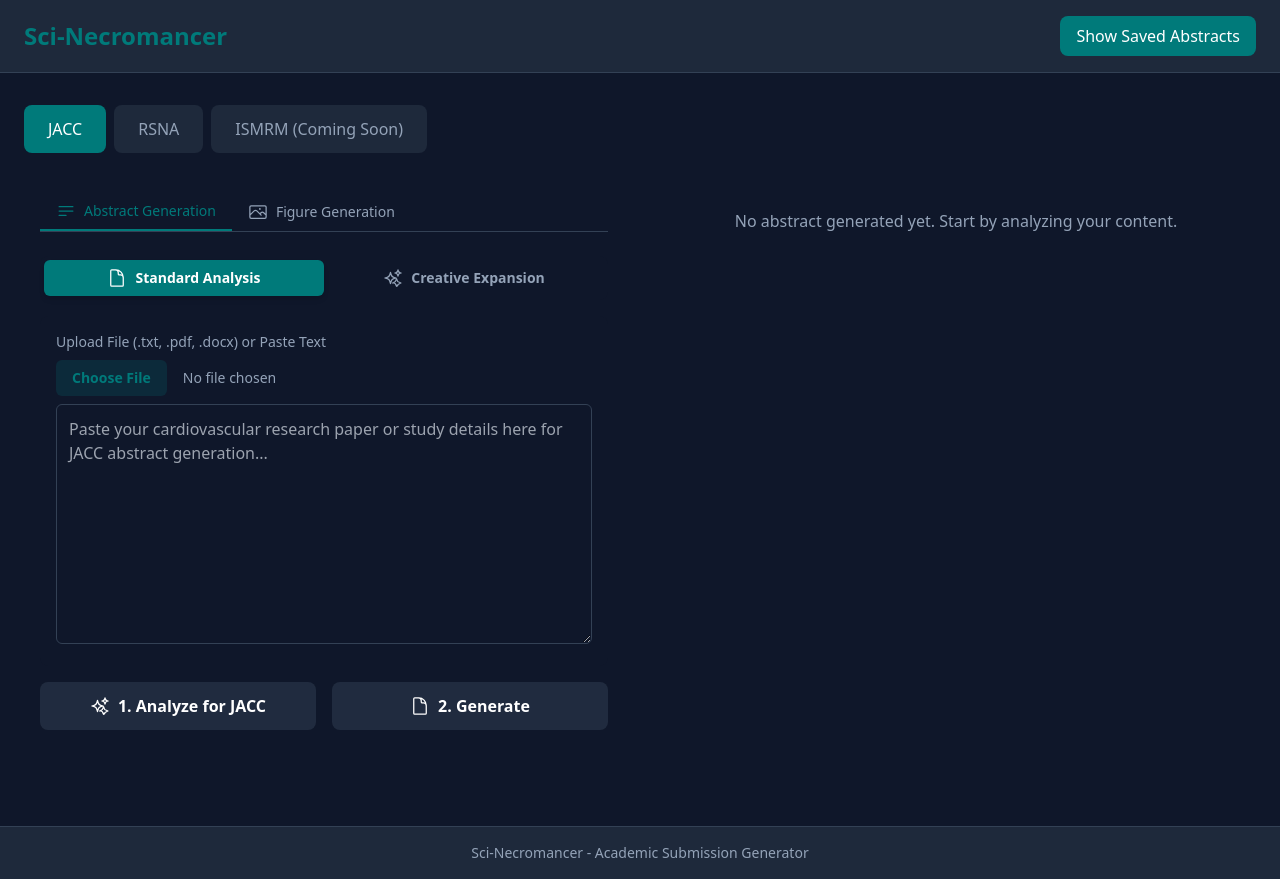
Repository: picspin/Sci-Necromancer
Page: /
The author's editor kept a copy of each file at every save. The page is drawn from the files as they stood at one save, then again after the next save.
The browser window is 1280 px wide. The pictures show the whole page.
Some web libraries are served in a nearby version. The project was rebuilt for these pictures with package versions that can differ from the ones it lists, and the page was loaded fresh each time. Also part of the build but not shown: vite.config.ts, lib/utils/errorLogger.ts, components/error/ErrorFeedback.tsx, components/error/ErrorBoundary.tsx, components/Modal.tsx, components/RSNAPanel.tsx, components/AbstractManager.tsx. Imported but missing from the stored project, and not drawn on this page: lib/file/file-process/docx, lib/file/file-process/pdf.

Above is the page before, as saved 2025-10-28 04:24:35.

### index.html
<!DOCTYPE html>
<html lang="en">
  <head>
    <meta charset="UTF-8" />
    <meta name="viewport" content="width=device-width, initial-scale=1.0" />
    <title>Sci-Necromancer - Academic Submission Generator</title>
    <script src="https://cdn.tailwindcss.com"></script>
    <script>
      tailwind.config = {
        theme: {
          extend: {
            colors: {
              'brand-primary': '#007A7A',
              'brand-secondary': '#004D4D',
              'base-100': '#0F172A',
              'base-200': '#1E293B',
              'base-300': '#334155',
              'text-primary': '#F1F5F9',
              'text-secondary': '#94A3B8',
              'category-main': '#ffff00',
              'category-sub': '#ffa500',
              'category-secondary': '#ffc0cb',
            },
          },
        },
      }
    </script>
    <style>
      ::-webkit-scrollbar {
        width: 8px;
        height: 8px;
      }
      ::-webkit-scrollbar-track {
        background: #1e293b;
      }
      ::-webkit-scrollbar-thumb {
        background-color: #334155;
        border-radius: 4px;
      }
    </style>
  </head>
  <body class="bg-base-100 text-text-primary">
    <div id="root"></div>
    <script type="module" src="/main.tsx"></script>
  </body>
</html>

### main.tsx
import React from 'react';
import ReactDOM from 'react-dom/client';
import App from './App';

const root = document.getElementById('root');

if (!root) {
  throw new Error('Root element not found');
}

ReactDOM.createRoot(root).render(
  <React.StrictMode>
    <App />
  </React.StrictMode>
);

### context/SettingsContext.tsx
import React, { createContext, useState, useEffect, ReactNode } from 'react';
import { AIProvider, Settings } from '../types';
import { LocalStorageService } from '../services/databaseService';

interface SettingsContextType {
  settings: Settings;
  updateSettings: (newSettings: Partial<Settings>) => void;
  databaseService: LocalStorageService;
}

const defaultSettings: Settings = {
  provider: 'google',
  googleApiKey: '',
  openAIApiKey: '',
  model: 'gemini-2.0-flash-exp',
  temperature: 0.7,
  maxTokens: 2048,
};

export const SettingsContext = createContext<SettingsContextType>({
  settings: defaultSettings,
  updateSettings: () => {},
  databaseService: new LocalStorageService(),
});

export const SettingsProvider: React.FC<{ children: ReactNode }> = ({ children }) => {
  const [settings, setSettings] = useState<Settings>(defaultSettings);
  const [databaseService] = useState(() => new LocalStorageService());

  useEffect(() => {
    const savedSettings = localStorage.getItem('app-settings');
    if (savedSettings) {
      try {
        const parsed = JSON.parse(savedSettings);
        setSettings({ ...defaultSettings, ...parsed });
      } catch (error) {
        console.error('Failed to parse saved settings:', error);
      }
    }
  }, []);

  const updateSettings = (newSettings: Partial<Settings>) => {
    setSettings((prev) => {
      const updated = { ...prev, ...newSettings };
      localStorage.setItem('app-settings', JSON.stringify(updated));
      return updated;
    });
  };

  return (
    <SettingsContext.Provider value={{ settings, updateSettings, databaseService }}>
      {children}
    </SettingsContext.Provider>
  );
};

### context/AbstractContext.tsx
import React, { createContext, useState, useContext, ReactNode } from 'react';
import { SavedAbstract } from '../types';

interface AbstractContextType {
  loadAbstract: (abstract: SavedAbstract) => void;
  abstractToLoad: SavedAbstract | null;
  clearLoadedAbstract: () => void;
}

const AbstractContext = createContext<AbstractContextType>({
  loadAbstract: () => {},
  abstractToLoad: null,
  clearLoadedAbstract: () => {}
});

export const useAbstractContext = () => useContext(AbstractContext);

export const AbstractProvider: React.FC<{ children: ReactNode }> = ({ children }) => {
  const [abstractToLoad, setAbstractToLoad] = useState<SavedAbstract | null>(null);

  const loadAbstract = (abstract: SavedAbstract) => {
    setAbstractToLoad(abstract);
  };

  const clearLoadedAbstract = () => {
    setAbstractToLoad(null);
  };

  return (
    <AbstractContext.Provider value={{ loadAbstract, abstractToLoad, clearLoadedAbstract }}>
      {children}
    </AbstractContext.Provider>
  );
};

### lib/llm/index.ts
import * as gemini from './gemini';
import * as openai from './openai';
import { AbstractData, ImageState, AnalysisResult, Category, AbstractType, AbstractTypeSuggestion } from '../../types';

// This is a simplified way to get the settings.
// In a larger app, this might come from a context passed down or another state management solution.
const getProvider = (): 'google' | 'openai' => {
    try {
        const savedSettings = localStorage.getItem('app-settings');
        if (savedSettings) {
            const settings = JSON.parse(savedSettings);
            return settings.provider || 'google';
        }
    } catch (e) {
        // Ignore parsing error, default to google
    }
    return 'google';
};

const getService = () => {
    const provider = getProvider();
    if (provider === 'openai') {
        return openai;
    }
    return gemini;
};

export const analyzeContent = (text: string): Promise<AnalysisResult> => {
  return getService().analyzeContent(text);
};

export const suggestAbstractType = (text: string, categories: Category[], keywords: string[]): Promise<AbstractTypeSuggestion[]> => {
    return getService().suggestAbstractType(text, categories, keywords);
};

export const generateFinalAbstract = (text: string, type: AbstractType, categories: Category[], keywords: string[]): Promise<AbstractData> => {
    return getService().generateFinalAbstract(text, type, categories, keywords);
};

export const generateCreativeAbstract = (coreIdea: string): Promise<AbstractData> => {
    return getService().generateCreativeAbstract(coreIdea);
};

export const generateImage = (imageState: ImageState, creativeContext: string): Promise<string> => {
    return getService().generateImage(imageState, creativeContext);
};

### components/OutputDisplay.tsx
import React from 'react';
import { AbstractData, Category } from '../types';

interface OutputDisplayProps {
  abstractData: AbstractData | null;
  categories?: Category[];
}

const OutputDisplay: React.FC<OutputDisplayProps> = ({ abstractData, categories }) => {
  if (!abstractData) {
    return (
      <div className="text-center text-text-secondary py-8">
        <p>No abstract generated yet. Start by analyzing your content.</p>
      </div>
    );
  }

  return (
    <div className="space-y-6">
      {/* Impact Section */}
      {abstractData.impact && (
        <div className="bg-base-200 p-4 rounded-lg border-l-4 border-blue-500">
          <h3 className="text-lg font-semibold text-blue-400 mb-2">Impact</h3>
          <p className="text-text-primary">{abstractData.impact}</p>
        </div>
      )}

      {/* Synopsis Section */}
      {abstractData.synopsis && (
        <div className="bg-base-200 p-4 rounded-lg border-l-4 border-green-500">
          <h3 className="text-lg font-semibold text-green-400 mb-2">Synopsis</h3>
          <p className="text-text-primary">{abstractData.synopsis}</p>
        </div>
      )}

      {/* Categories */}
      {categories && categories.length > 0 && (
        <div className="bg-base-200 p-4 rounded-lg">
          <h3 className="text-lg font-semibold text-purple-400 mb-3">Categories</h3>
          <div className="flex flex-wrap gap-2">
            {categories.map((cat, idx) => (
              <span
                key={idx}
                className={`px-3 py-1 rounded-full text-sm font-medium ${
                  cat.type === 'main'
                    ? 'bg-category-main text-black'
                    : cat.type === 'sub'
                    ? 'bg-category-sub text-black'
                    : 'bg-category-secondary text-black'
                }`}
              >
                {cat.name} ({Math.round(cat.probability * 100)}%)
              </span>
            ))}
          </div>
        </div>
      )}

      {/* Keywords */}
      {abstractData.keywords && abstractData.keywords.length > 0 && (
        <div className="bg-base-200 p-4 rounded-lg">
          <h3 className="text-lg font-semibold text-orange-400 mb-3">Keywords</h3>
          <div className="flex flex-wrap gap-2">
            {abstractData.keywords.map((keyword, idx) => (
              <span key={idx} className="px-3 py-1 bg-orange-600 text-white rounded-full text-sm">
                {keyword}
              </span>
            ))}
          </div>
        </div>
      )}
    </div>
  );
};

export default OutputDisplay;

### lib/llm/openai.ts
import { AbstractData, ImageState, AnalysisResult, Category, AbstractType, AbstractTypeSuggestion } from '../../types';

export async function analyzeContent(text: string, apiKey?: string): Promise<AnalysisResult> {
  if (!apiKey) {
    throw new Error('OpenAI API key is required');
  }

  // TODO: Implement actual OpenAI API call
  // This is a stub implementation
  return {
    categories: [
      { name: 'General', type: 'main', probability: 0.8 }
    ],
    keywords: ['research', 'analysis', 'study']
  };
}

export async function suggestAbstractType(
  text: string,
  categories: Category[],
  keywords: string[],
  apiKey?: string
): Promise<AbstractTypeSuggestion[]> {
  if (!apiKey) {
    throw new Error('OpenAI API key is required');
  }

  // TODO: Implement actual OpenAI API call
  return [
    { type: 'Standard Abstract', probability: 0.9 }
  ];
}

export async function generateFinalAbstract(
  text: string,
  type: AbstractType,
  categories: Category[],
  keywords: string[],
  apiKey?: string
): Promise<AbstractData> {
  if (!apiKey) {
    throw new Error('OpenAI API key is required');
  }

  // TODO: Implement actual OpenAI API call
  return {
    impact: 'This study demonstrates significant findings in the field.',
    synopsis: 'We conducted a comprehensive analysis of the research topic, revealing important insights and implications for future work.',
    keywords: keywords.slice(0, 5)
  };
}

export async function generateCreativeAbstract(
  coreIdea: string,
  apiKey?: string
): Promise<AbstractData> {
  if (!apiKey) {
    throw new Error('OpenAI API key is required');
  }

  // TODO: Implement actual OpenAI API call
  return {
    impact: 'This innovative approach presents a novel perspective on the research question.',
    synopsis: 'Building on the core concept, we developed a comprehensive framework that addresses key challenges in the field.',
    keywords: ['innovation', 'research', 'methodology']
  };
}

export async function generateImage(
  imageState: ImageState,
  creativeContext: string,
  apiKey?: string
): Promise<string> {
  if (!apiKey) {
    throw new Error('OpenAI API key is required');
  }

  // TODO: Implement actual DALL-E 3 image generation
  throw new Error('Image generation not yet implemented for OpenAI');
}

### components/export/ExportButtons.tsx
import React from 'react';
import { AbstractData } from '../../types';
import { SvgIcon } from '../SvgIcon';

interface ExportButtonsProps {
  abstract: AbstractData | null;
}

const ExportButtons: React.FC<ExportButtonsProps> = ({ abstract }) => {
  const handleExportMd = () => {
    if (!abstract) return;

    const content = `
# IMPACT

${abstract.impact}

---

# SYNOPSIS

${abstract.synopsis}

---

## KEYWORDS

- ${abstract.keywords.join('\n- ')}
    `;
    const blob = new Blob([content.trim()], { type: 'text/markdown;charset=utf-8' });
    const url = URL.createObjectURL(blob);
    const link = document.createElement('a');
    link.href = url;
    link.download = 'ismrm_abstract.md';
    document.body.appendChild(link);
    link.click();
    document.body.removeChild(link);
    URL.revokeObjectURL(url);
  };

  const handleExportPdf = () => {
    alert('PDF export requires additional libraries and is not yet implemented.');
  };

  return (
    <div className="flex items-center gap-2">
      <button
        onClick={handleExportMd}
        disabled={!abstract}
        className="flex items-center gap-2 text-sm px-3 py-1.5 bg-base-300 hover:bg-opacity-80 text-text-secondary rounded-md transition-all duration-200 disabled:opacity-50 disabled:cursor-not-allowed"
        title="Export as Markdown (.md)"
      >
        <SvgIcon type="download" className="h-4 w-4" />
        <span>MD</span>
      </button>
      <div className="relative group">
        <button
          onClick={handleExportPdf}
          disabled={!abstract}
          className="flex items-center gap-2 text-sm px-3 py-1.5 bg-base-300 text-text-secondary rounded-md transition-all duration-200 disabled:opacity-50 disabled:cursor-not-allowed"
          title="Export as PDF (Coming Soon)"
        >
          <SvgIcon type="download" className="h-4 w-4" />
          <span>PDF</span>
        </button>
         {abstract && <span className="absolute bottom-full mb-2 w-max bg-base-300 text-white text-xs rounded py-1 px-2 opacity-0 group-hover:opacity-100 transition-opacity duration-300 pointer-events-none">PDF export coming soon</span>}
      </div>
    </div>
  );
};

export default ExportButtons;

Loaded but not shown: components/JACCPanel.tsx (686 lines, source omitted); services/databaseService.ts (728 lines, source omitted); components/SvgIcon.tsx (83 lines, source omitted); lib/llm/prompts/ismrmPrompts.ts (129 lines, source omitted); lib/llm/gemini.ts (142 lines, source omitted); App.tsx (97 lines, source omitted); lib/llm/prompts/ismrmData.ts (no stored copy; drawn as an empty file)

After the next save:
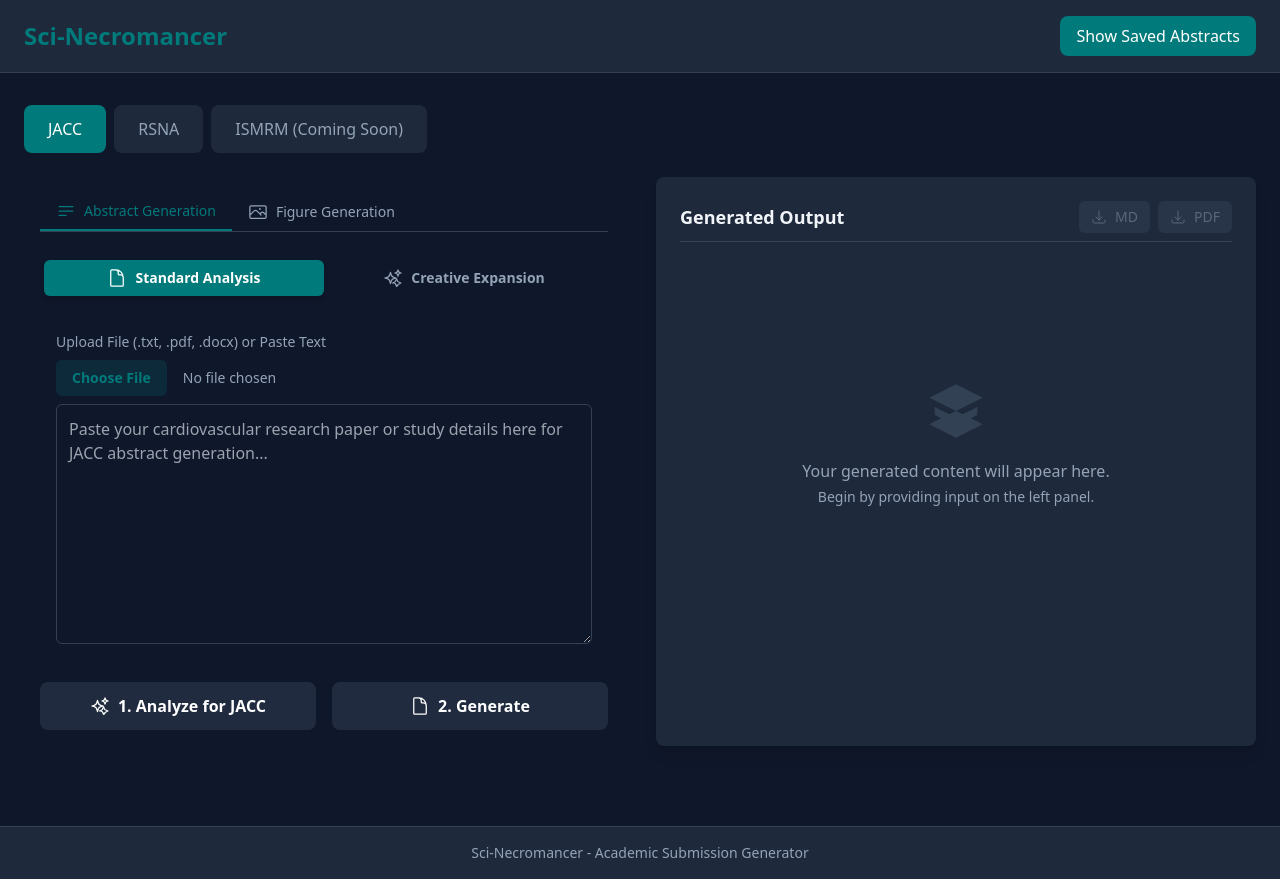
Saved 48 s later.
--- a/components/OutputDisplay.tsx
+++ b/components/OutputDisplay.tsx
@@ -1,76 +1,88 @@
 import React from 'react';
-import { AbstractData, Category } from '../types';
+import { AbstractData } from '../types';
+import { SvgIcon } from './SvgIcon';
+import ExportButtons from './export/ExportButtons';
 
 interface OutputDisplayProps {
-  abstractData: AbstractData | null;
-  categories?: Category[];
+  abstract: AbstractData | null;
+  image: string | null;
+  isLoading: boolean;
+  error: string | null;
+  loadingMessage?: string;
 }
 
-const OutputDisplay: React.FC<OutputDisplayProps> = ({ abstractData, categories }) => {
-  if (!abstractData) {
-    return (
-      <div className="text-center text-text-secondary py-8">
-        <p>No abstract generated yet. Start by analyzing your content.</p>
-      </div>
-    );
-  }
+const OutputDisplay: React.FC<OutputDisplayProps> = ({ abstract, image, isLoading, error, loadingMessage }) => {
+  const hasOutput = abstract || image;
 
   return (
-    <div className="space-y-6">
-      {/* Impact Section */}
-      {abstractData.impact && (
-        <div className="bg-base-200 p-4 rounded-lg border-l-4 border-blue-500">
-          <h3 className="text-lg font-semibold text-blue-400 mb-2">Impact</h3>
-          <p className="text-text-primary">{abstractData.impact}</p>
+    <div className="bg-base-200 p-6 rounded-lg shadow-lg h-full flex flex-col">
+      <div className="flex justify-between items-center mb-4 border-b border-base-300 pb-2">
+        <h2 className="text-lg font-bold text-text-primary">Generated Output</h2>
+        <ExportButtons abstract={abstract} />
+      </div>
+      <div className="flex-grow overflow-y-auto pr-2 -mr-2" style={{maxHeight: 'calc(100vh - 350px)'}}>
+        {isLoading && <LoadingSpinner message={loadingMessage} />}
+        {error && <ErrorMessage message={error} />}
+
+        {!isLoading && !error && !hasOutput && (
+          <div className="text-center text-text-secondary flex flex-col items-center justify-center h-full">
+            <SvgIcon type="logo" className="h-16 w-16 text-base-300 mb-4" />
+            <p>Your generated content will appear here.</p>
+            <p className="text-sm mt-1">Begin by providing input on the left panel.</p>
+          </div>
+        )}
+
+        <div className="space-y-6">
+          {abstract && (
+            <div className="space-y-4 animate-fade-in">
+              <OutputSection title="Impact" content={abstract.impact} icon="impact" />
+              <OutputSection title="Synopsis" content={abstract.synopsis} icon="document" />
+              <OutputSection title="Keywords" content={abstract.keywords.join(', ')} icon="tag" />
+            </div>
+          )}
+          {image && (
+             <div className="animate-fade-in">
+                <h3 className="flex items-center gap-2 text-md font-semibold text-brand-primary mb-2">
+                    <SvgIcon type="image" className="h-5 w-5" />
+                    Generated Figure
+                </h3>
+                <div className="bg-base-100 p-2 rounded-lg">
+                    <img src={image} alt="Generated Figure" className="rounded-md w-full object-contain" />
+                </div>
+             </div>
+          )}
         </div>
-      )}
-
-      {/* Synopsis Section */}
-      {abstractData.synopsis && (
-        <div className="bg-base-200 p-4 rounded-lg border-l-4 border-green-500">
-          <h3 className="text-lg font-semibold text-green-400 mb-2">Synopsis</h3>
-          <p className="text-text-primary">{abstractData.synopsis}</p>
-        </div>
-      )}
-
-      {/* Categories */}
-      {categories && categories.length > 0 && (
-        <div className="bg-base-200 p-4 rounded-lg">
-          <h3 className="text-lg font-semibold text-purple-400 mb-3">Categories</h3>
-          <div className="flex flex-wrap gap-2">
-            {categories.map((cat, idx) => (
-              <span
-                key={idx}
-                className={`px-3 py-1 rounded-full text-sm font-medium ${
-                  cat.type === 'main'
-                    ? 'bg-category-main text-black'
-                    : cat.type === 'sub'
-                    ? 'bg-category-sub text-black'
-                    : 'bg-category-secondary text-black'
-                }`}
-              >
-                {cat.name} ({Math.round(cat.probability * 100)}%)
-              </span>
-            ))}
-          </div>
-        </div>
-      )}
-
-      {/* Keywords */}
-      {abstractData.keywords && abstractData.keywords.length > 0 && (
-        <div className="bg-base-200 p-4 rounded-lg">
-          <h3 className="text-lg font-semibold text-orange-400 mb-3">Keywords</h3>
-          <div className="flex flex-wrap gap-2">
-            {abstractData.keywords.map((keyword, idx) => (
-              <span key={idx} className="px-3 py-1 bg-orange-600 text-white rounded-full text-sm">
-                {keyword}
-              </span>
-            ))}
-          </div>
-        </div>
-      )}
+      </div>
     </div>
   );
 };
 
+
+const OutputSection: React.FC<{title: string, content: string, icon: 'impact' | 'document' | 'tag'}> = ({ title, content, icon }) => (
+    <div>
+        <h3 className="flex items-center gap-2 text-md font-semibold text-brand-primary mb-2">
+            <SvgIcon type={icon} className="h-5 w-5" />
+            {title}
+        </h3>
+        <div className="bg-base-100 p-4 rounded-lg text-text-secondary text-sm prose max-w-none prose-p:my-2">
+            {content}
+        </div>
+    </div>
+)
+
+const LoadingSpinner: React.FC<{message?: string}> = ({message = "Generating Content..."}) => (
+  <div className="flex flex-col items-center justify-center h-full text-text-secondary animate-fade-in">
+    <SvgIcon type="loader" className="h-12 w-12 animate-spin text-brand-primary mb-4" />
+    <p className="text-lg font-semibold">{message}</p>
+    <p className="text-sm">This may take a few moments.</p>
+  </div>
+);
+
+const ErrorMessage: React.FC<{ message: string }> = ({ message }) => (
+  <div className="bg-red-900/50 border border-red-700 text-red-300 px-4 py-3 rounded-lg animate-fade-in" role="alert">
+    <strong className="font-bold">Error: </strong>
+    <span className="block sm:inline">{message}</span>
+  </div>
+);
+
 export default OutputDisplay;
